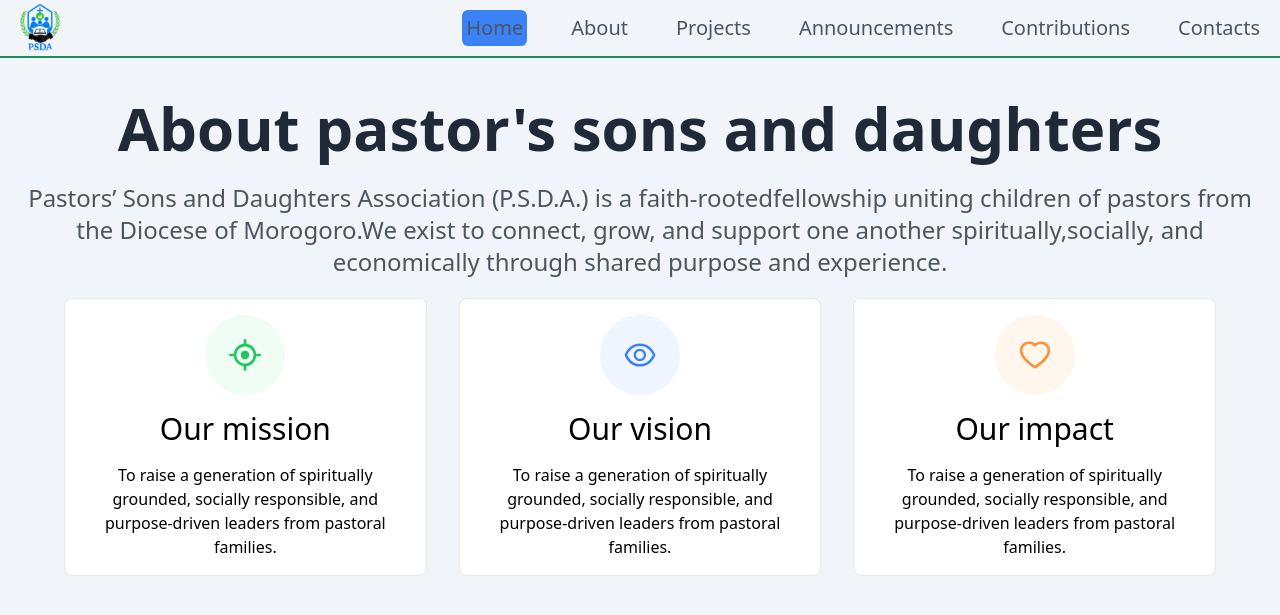
Repository: Zedestar/psda
Page: /about
These files come from the project's save history. The page is drawn as it stood at one moment and after the next save; the edit follows.
The browser window is 1280 px wide. The pictures show the whole page.
The project was rebuilt for these pictures with package versions that can differ from the ones it lists, and the page was loaded fresh each time. Also part of the build but not shown: src/pages/home/home.jsx, src/pages/projects/projects.jsx, src/pages/announcements/announcements.jsx, src/pages/contirbutions/contributions.jsx, src/pages/contacts/contacts.jsx.

Above is the page before, as saved 2025-07-18 20:18:22.

### src/index.js
import React from "react";
import ReactDOM from "react-dom/client";
import App from "./App";
import "./index.css";
import { BrowserRouter } from "react-router-dom";

const root = ReactDOM.createRoot(document.getElementById("root"));
root.render(
  <BrowserRouter>
    <React.StrictMode>
      <App />
    </React.StrictMode>
  </BrowserRouter>
);

### src/App.js
import { Route, Routes } from "react-router-dom";
import Header from "./components/header/header";
import Home from "./pages/home/home";
import AboutPage from "./pages/about/about";
import Projects from "./pages/projects/projects";
import Announcements from "./pages/announcements/announcements";
import Contributions from "./pages/contirbutions/contributions";
import Contacts from "./pages/contacts/contacts";

function App() {
  return (
    <div className="flex flex-col flex-center h-screen bg-slate-100">
      <Header />
      <Routes>
        <Route path="/" element={<Home />} />
        <Route path="/about" element={<AboutPage />} />
        <Route path="/projects" element={<Projects />} />
        <Route path="/announcements" element={<Announcements />} />
        <Route path="/contributions" element={<Contributions />} />
        <Route path="/contact" element={<Contacts />} />
      </Routes>
    </div>
  );
}

export default App;

### src/components/header/header.jsx
import { useState } from "react";
import headerData from "./header-data";
import HeaderItem from "./header-item";
import psdaImage from "../../assets/images/psdaImage.png";

function Header() {
  const [active, setActive] = useState(1);
  return (
    <header className="flex items-center justify-between px-4 py-1 border-b-2 border-b-psdaGreen">
      <div className="text-3xl rounded-full overflow-hidden">
        <img className="h-12 w-12" src={psdaImage} alt="" />
      </div>{" "}
      <ul className="hidden lg:flex justify-center space-x-10 flex-center">
        {headerData.map((item) => (
          <HeaderItem
            key={item.id}
            item={item}
            active={active}
            setActive={setActive}
          />
        ))}
      </ul>
      <ul className="lg:hidden">
        <li>miaaa</li>
        <li>miaaa</li>
        <li>miaaa</li>
        <li>miaaa</li>
        <li>miaaa</li>
      </ul>
    </header>
  );
}

export default Header;

### src/pages/about/about.jsx
import aboutUsData from "./about-us-data";
import mission_vission_impact_data from "./mission-vission-impact";

function AboutPage() {
  return (
    <div className="w-full h-full py-5 ">
      <div className="flex flex-col m-5 space-y-6">
        <p className="text-center text-6xl font-semibold text-gray-800">
          About pastor's sons and daughters
        </p>
        <p className="text-center text-gray-600 text-2xl">{aboutUsData}</p>
      </div>
      <div className="flex flex-col lg:flex-row items-center justify-around mx-12 max-h-dvh">
        {mission_vission_impact_data.map((item) => (
          <div className="border flex flex-col justify-center mx-4 space-y-4 p-4 rounded-lg text-center max-w-lg hover:shadow-slate-800 bg-white">
            <div className="w-full flex items-center justify-center">
              <div
                className={`flex items-center justify-center rounded-full ${item.color} w-20 h-20`}
              >
                {item.icon}
              </div>
            </div>

            <p className="text-3xl">{item.title}</p>
            <p>{item.content}</p>
          </div>
        ))}
      </div>
    </div>
  );
}

export default AboutPage;

### src/components/header/header-data.js
const headerData = [
  {
    id: 1,
    content: "Home",
    link: "/",
  },
  {
    id: 2,
    content: "About",
    link: "/about",
  },
  {
    id: 3,
    content: "Projects",
    link: "/projects",
  },
  {
    id: 4,
    content: "Announcements",
    link: "/announcements",
  },
  {
    id: 5,
    content: "Contributions",
    link: "/contributions",
  },
  {
    id: 6,
    content: "Contacts",
    link: "/contact",
  },
];

export default headerData;

### src/components/header/header-item.jsx
import { Link } from "react-router-dom";

function HeaderItem({ item, active, setActive }) {
  console.log(active);
  return (
    <li
      className={`p-1 rounded-md text-xl text-gray-600 font-gray-100 hover:bg-gray-200 transition cursor-pointer ${
        item.id === active ? "bg-blue-500" : ""
      }`}
      onClick={() => setActive(item.id)}
    >
      <Link to={item.link}>{item.content}</Link>
    </li>
  );
}

export default HeaderItem;

### src/pages/about/about-us-data.js
const aboutUsData =
  "Pastors’ Sons and Daughters Association (P.S.D.A.) is a faith-rootedfellowship uniting children of pastors from the Diocese of Morogoro.We exist to connect, grow, and support one another spiritually,socially, and economically through shared purpose and experience.";

export default aboutUsData;

### src/pages/about/mission-vission-impact.js
import { AiOutlineAim, AiOutlineEye, AiOutlineHeart } from "react-icons/ai";

const mission_vission_impact_data = [
  {
    id: 1,
    title: "Our mission",
    content:
      "To raise a generation of spiritually grounded, socially responsible, and purpose-driven leaders from pastoral families.",
    icon: <AiOutlineAim className="text-4xl text-green-500" />,
    color: "bg-green-50",
  },
  {
    id: 2,
    title: "Our vision",
    content:
      "To raise a generation of spiritually grounded, socially responsible, and purpose-driven leaders from pastoral families.",
    icon: <AiOutlineEye className="text-4xl text-blue-500" />,
    color: "bg-blue-50",
  },
  {
    id: 3,
    title: "Our impact",
    content:
      "To raise a generation of spiritually grounded, socially responsible, and purpose-driven leaders from pastoral families.",
    icon: <AiOutlineHeart className="text-4xl text-orange-400" />,
    color: "bg-orange-50",
  },
];

export default mission_vission_impact_data;

### tailwind.config.js
/** @type {import('tailwindcss').Config} */
module.exports = {
  content: ["./src/**/*.{js,jsx,ts,tsx}"],
  theme: {
    extend: {
      colors: {
        psdaGreen: "#1A8F57",
      },
    },
  },
  plugins: [],
};

Loaded but not shown: public/index.html (common file); src/index.css (common file)

After the next save:
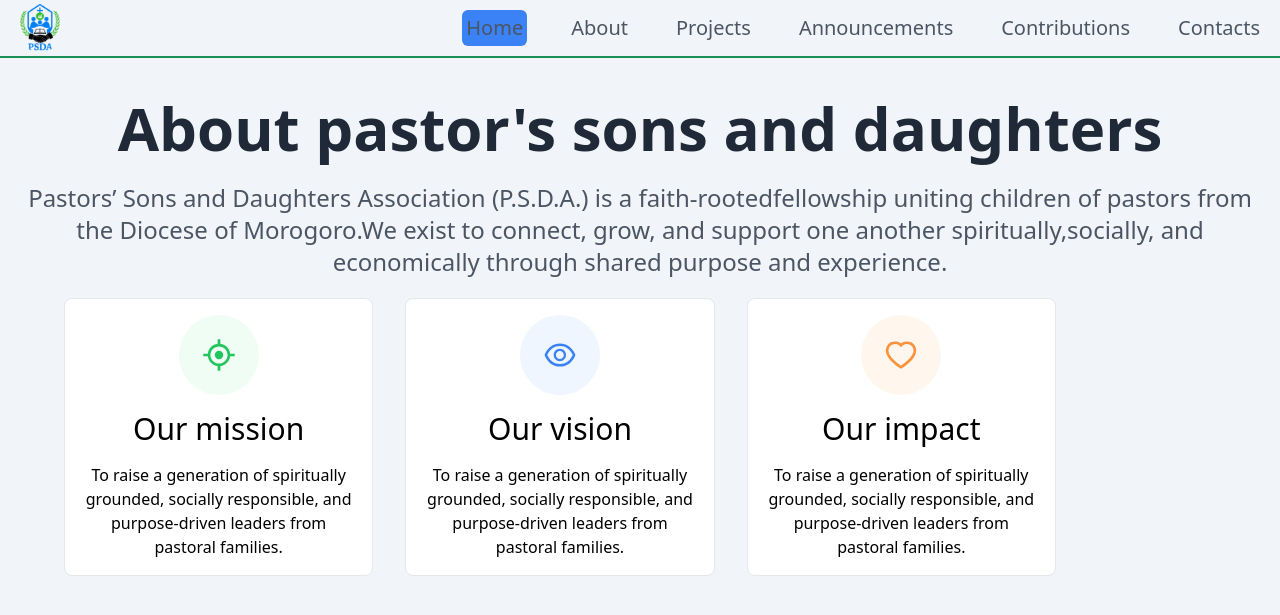
Saved 54 s later.
--- a/src/pages/about/about.jsx
+++ b/src/pages/about/about.jsx
@@ -10,7 +10,7 @@
         </p>
         <p className="text-center text-gray-600 text-2xl">{aboutUsData}</p>
       </div>
-      <div className="flex flex-col lg:flex-row items-center justify-around mx-12 max-h-dvh">
+      <div className="flex flex-col lg:flex-row items-center justify-around mx-12 max-w-screen-lg">
         {mission_vission_impact_data.map((item) => (
           <div className="border flex flex-col justify-center mx-4 space-y-4 p-4 rounded-lg text-center max-w-lg hover:shadow-slate-800 bg-white">
             <div className="w-full flex items-center justify-center">

After the save that followed:
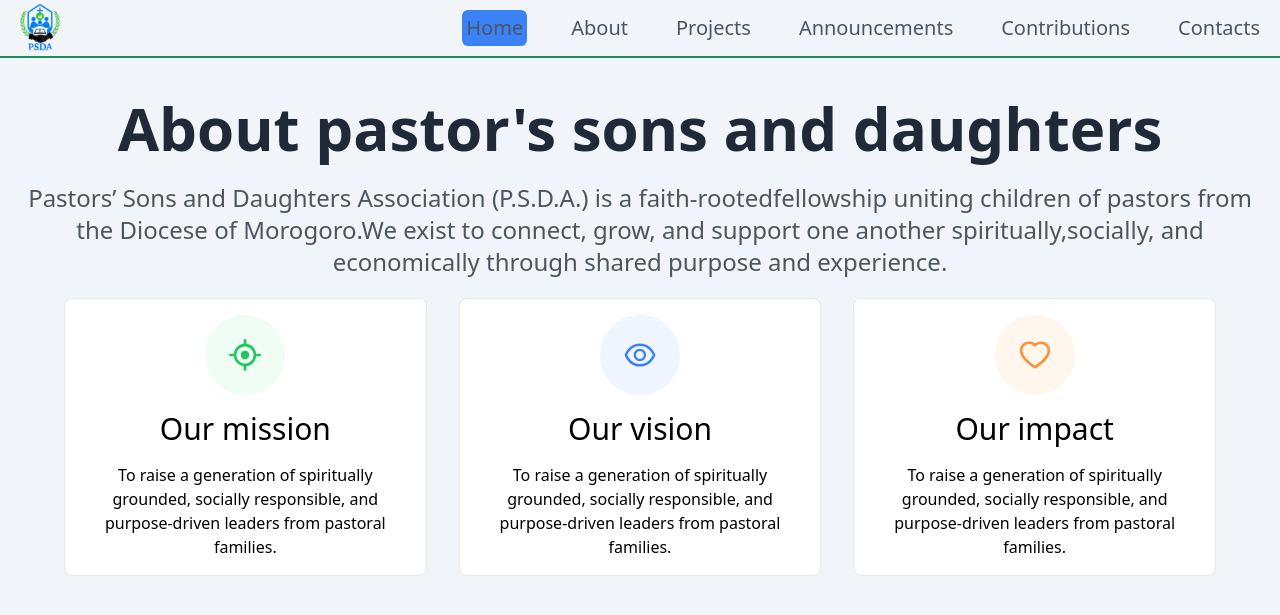
Saved 19 s later.
--- a/src/pages/about/about.jsx
+++ b/src/pages/about/about.jsx
@@ -10,7 +10,7 @@
         </p>
         <p className="text-center text-gray-600 text-2xl">{aboutUsData}</p>
       </div>
-      <div className="flex flex-col lg:flex-row items-center justify-around mx-12 max-w-screen-lg">
+      <div className="flex flex-col lg:flex-row items-center justify-around mx-12 max-w-screen-2xl">
         {mission_vission_impact_data.map((item) => (
           <div className="border flex flex-col justify-center mx-4 space-y-4 p-4 rounded-lg text-center max-w-lg hover:shadow-slate-800 bg-white">
             <div className="w-full flex items-center justify-center">
